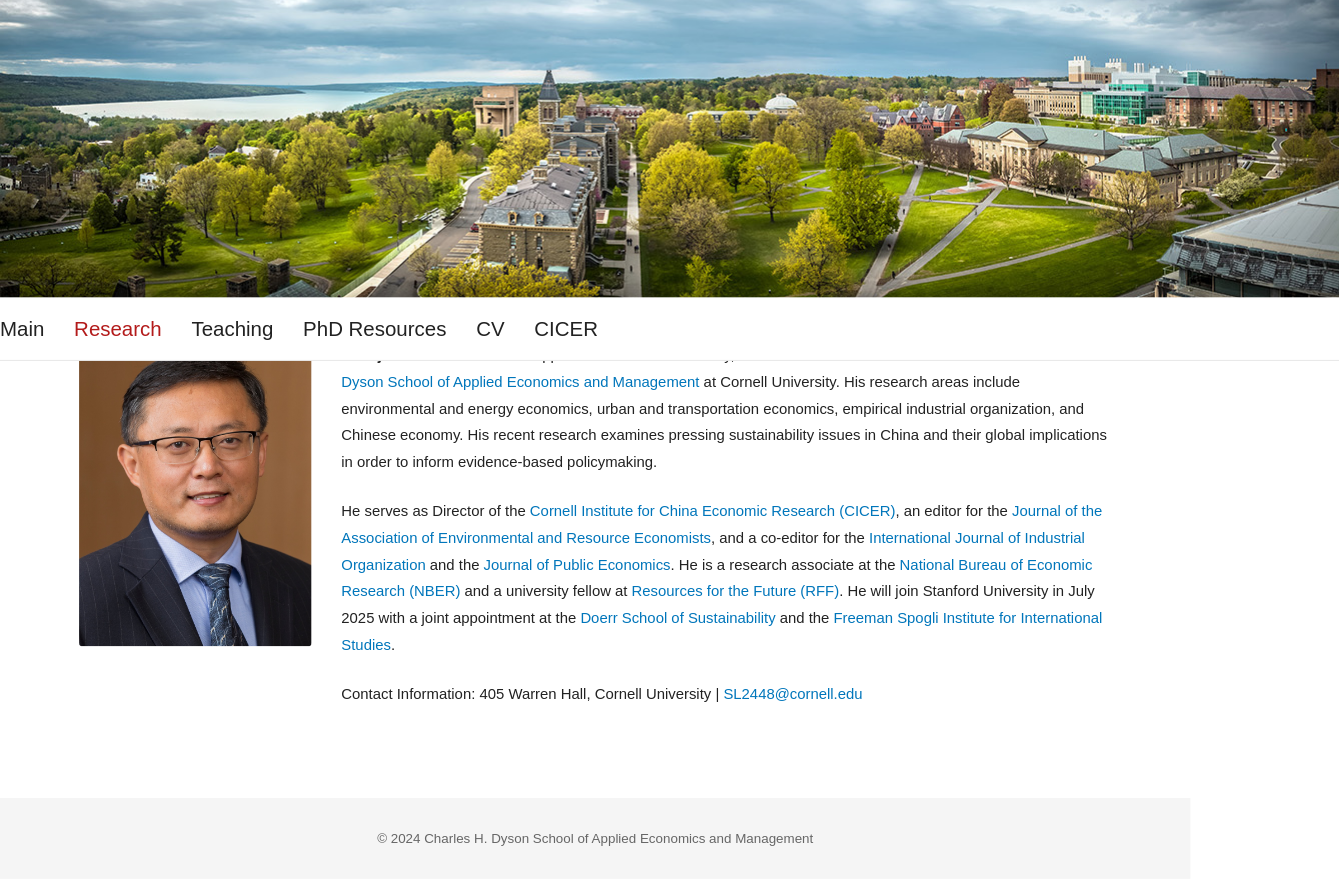
Repository: huang-heavenly-Emperor/k1_project
Page: research.html
These files come from the project's save history. The page is drawn as it stood at one moment and after the next save; the edit follows.
The browser window is 1280 px wide. The page is 1440 px wide, so the pictures cover 1440 px, including what lies to the right of the window. The pictures show the whole page, at 93% of full size.

Above is the page before, as saved 2024-11-17 06:09:44.

### research.html
<!DOCTYPE html>
<html lang="en">
<head>
    <meta charset="UTF-8">
    <meta name="viewport" content="width=device-width, initial-scale=1.0">
    <title>Research - Cornell University</title>
    <link rel="stylesheet" href="reset.css">
    <link rel="stylesheet" href="common.css">
    <link rel="stylesheet" href="research.css">
</head>
<body>
    <header class="site-header">
        <div class="banner">
            <img src="images/Cornell University Ithaca Campus.jpg" alt="Cornell University Campus Panorama" class="banner-img">
        </div>
        <nav class="main-nav">
            <div class="nav-container">
                <ul class="nav-list">
                    <li><a href="./index.html">Main</a></li>
                    <li><a href="./research.html" class="active">Research</a></li>
                    <li><a href="./teaching.html">Teaching</a></li>
                    <li><a href="#">PhD Resources</a></li>
                    <li><a href="#">CV</a></li>
                    <li><a href="#">CICER</a></li>
                </ul>
            </div>
        </nav>
    </header>

    <main class="main-container">
        <article class="researcher-profile">
            <div class="profile-image">
                <img src="images/facpic_li.jpg" alt="Professor Profile Image">
            </div>
            <div class="profile-content">
                <section class="research-intro">
                    <p><strong>Shanjun Li</strong> is a Professor of Applied Economics and Policy, and he holds the Kenneth L. Robinson Chair in the <a href="#">Dyson School of Applied Economics and Management</a> at Cornell University. His research areas include environmental and energy economics, urban and transportation economics, empirical industrial organization, and Chinese economy. His recent research examines pressing sustainability issues in China and their global implications in order to inform evidence-based policymaking.</p>
                </section>

                <section class="current-positions">
                    <p>He serves as Director of the <a href="#">Cornell Institute for China Economic Research (CICER)</a>, an editor for the <a href="#">Journal of the Association of Environmental and Resource Economists</a>, and a co-editor for the <a href="#">International Journal of Industrial Organization</a> and the <a href="#">Journal of Public Economics</a>. He is a research associate at the <a href="#">National Bureau of Economic Research (NBER)</a> and a university fellow at <a href="#">Resources for the Future (RFF)</a>. He will join Stanford University in July 2025 with a joint appointment at the <a href="#">Doerr School of Sustainability</a> and the <a href="#">Freeman Spogli Institute for International Studies</a>.</p>
                </section>

                <section class="contact-info">
                    <p>Contact Information: 405 Warren Hall, Cornell University | <a href="mailto:SL2448@cornell.edu">SL2448@cornell.edu</a></p>
                </section>
            </div>
        </article>
    </main>

    <footer class="footer">
        <div class="footer-container">
            <p>© 2024 Charles H. Dyson School of Applied Economics and Management</p>
        </div>
    </footer>
</body>
</html>

### reset.css
/* Reset CSS */
*, *::before, *::after {
    margin: 0;
    padding: 0;
    box-sizing: border-box;
}

html, body {
    height: 100%;
    font-size: 16px;
    line-height: 1.5;
    -webkit-font-smoothing: antialiased;
    -moz-osx-font-smoothing: grayscale;
}

body {
    font-family: Arial, sans-serif;
    color: #333;
}

ul, ol {
    list-style: none;
}

a {
    text-decoration: none;
    color: inherit;
}

img {
    max-width: 100%;
    height: auto;
    display: block;
}

button, input, select, textarea {
    font: inherit;
    color: inherit;
}

h1, h2, h3, h4, h5, h6 {
    font-size: inherit;
    font-weight: inherit;
}

### common.css

/* Header Styles */
.site-header {
  position: relative;
  width: 1440px;
  height: 320px;
  margin: 0 auto;
}

.banner {

  overflow: hidden;
  position: relative;
}

.banner img {
  width: 100%;
  height: 100%;
  object-fit: cover;
}

/* Navigation Styles */
nav {
  background-color: var(--background-color);
  border-bottom: 1px solid var(--border-color);
}

nav ul {
  display: flex;
  justify-content: space-around;
  align-items: center;
  gap: 2rem;
  padding: 1rem 0;
  list-style: none;
}

nav a {
  text-decoration: none;
  color: var(--text-color);
  font-weight: 500;
  font-size: 22px;
  padding: 0.5rem 0;
  transition: color 0.3s;
}

nav a:hover,
nav a.active {
  color: var(--primary-color);
}

### research.css
/* Base Styles */
:root {
  --primary-color: #B31B1B;
  --text-color: #222;
  --link-color: #0076BB;
  --background-color: #fff;
  --border-color: #e5e5e5;
}

body {
  font-family: Arial, sans-serif;
  line-height: 1.6;
  color: var(--text-color);
  background-color: var(--background-color);
}

.main-container {
  max-width: 1150px;
  padding: 0 20px;
  margin: 0 auto;
}

/* Header Styles */
.site-header {
  position: relative;
  width: 1440px;
  height: 320px;
  margin: 0 auto;
}

.banner {
  width: 1440px;
  height: 320px;
  margin: 0 auto;
  overflow: hidden;
  position: relative;
}

.banner-img {
  width: 100%;
  height: 100%;
  object-fit: cover;
}

/* Navigation Styles */
.main-nav {
  background-color: var(--background-color);
  border-bottom: 1px solid var(--border-color);
}

.nav-list {
  display: flex;
  justify-content: flex-start;
  gap: 2rem;
  padding: 1rem 0;
  list-style: none;
}

.nav-list a {
  text-decoration: none;
  color: var(--text-color);
  font-weight: 500;
  padding: 0.5rem 0;
  transition: color 0.3s;
  font-size: 22px;
}

.nav-list a:hover,
.nav-list a.active {
  color: var(--primary-color);
}

/* Main Content Styles */
.researcher-profile {
  display: grid;
  grid-template-columns: 250px 1fr;
  gap: 2rem;
  padding: 3rem 0;
}

.profile-image img {
  width: 100%;
  border-radius: 4px;
}

.profile-content {
  display: flex;
  flex-direction: column;
  gap: 1.5rem;
}

.research-intro,
.current-positions,
.contact-info {
  line-height: 1.8;
}

/* Links Styles */
a {
  color: var(--link-color);
  text-decoration: none;
  transition: color 0.3s;
}

a:hover {
  color: var(--primary-color);
}

/* Footer Styles */
.footer {
  background-color: #f5f5f5;
  padding: 2rem 0;
  margin-top: 3rem;
  text-align: center;
  font-size: 0.9rem;
  color: #666;
}

/* Responsive Design */
@media (max-width: 768px) {
  .researcher-profile {
    grid-template-columns: 1fr;
  }

  .profile-image {
    max-width: 300px;
    margin: 0 auto;
  }

  .nav-list {
    flex-wrap: wrap;
    justify-content: center;
  }
}

@media (max-width: 480px) {
  .banner {
    height: 200px;
  }
}

After the next save:
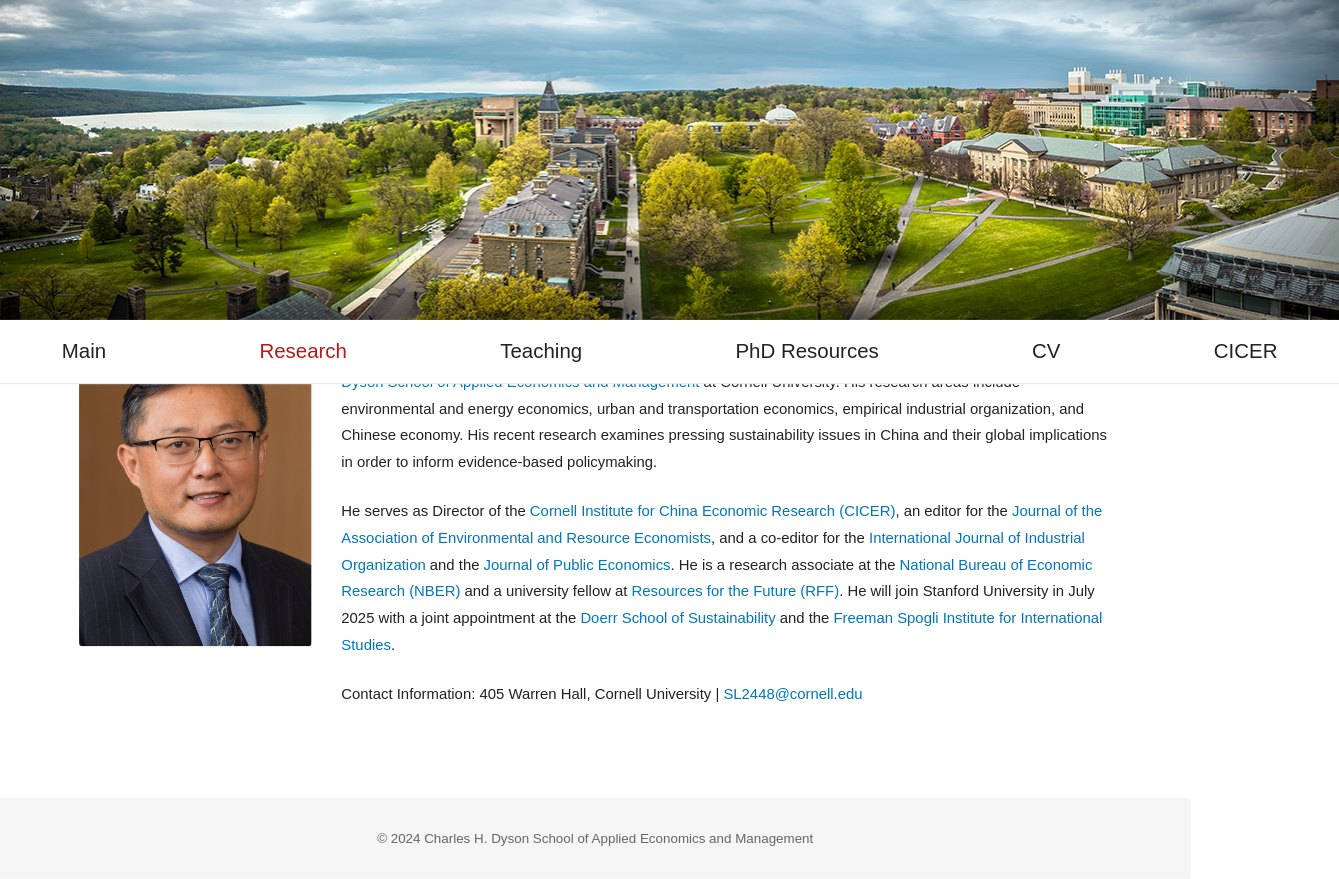
Saved 22 s later.
--- a/research.css
+++ b/research.css
@@ -20,55 +20,6 @@ body {
   margin: 0 auto;
 }
 
-/* Header Styles */
-.site-header {
-  position: relative;
-  width: 1440px;
-  height: 320px;
-  margin: 0 auto;
-}
-
-.banner {
-  width: 1440px;
-  height: 320px;
-  margin: 0 auto;
-  overflow: hidden;
-  position: relative;
-}
-
-.banner-img {
-  width: 100%;
-  height: 100%;
-  object-fit: cover;
-}
-
-/* Navigation Styles */
-.main-nav {
-  background-color: var(--background-color);
-  border-bottom: 1px solid var(--border-color);
-}
-
-.nav-list {
-  display: flex;
-  justify-content: flex-start;
-  gap: 2rem;
-  padding: 1rem 0;
-  list-style: none;
-}
-
-.nav-list a {
-  text-decoration: none;
-  color: var(--text-color);
-  font-weight: 500;
-  padding: 0.5rem 0;
-  transition: color 0.3s;
-  font-size: 22px;
-}
-
-.nav-list a:hover,
-.nav-list a.active {
-  color: var(--primary-color);
-}
 
 /* Main Content Styles */
 .researcher-profile {
